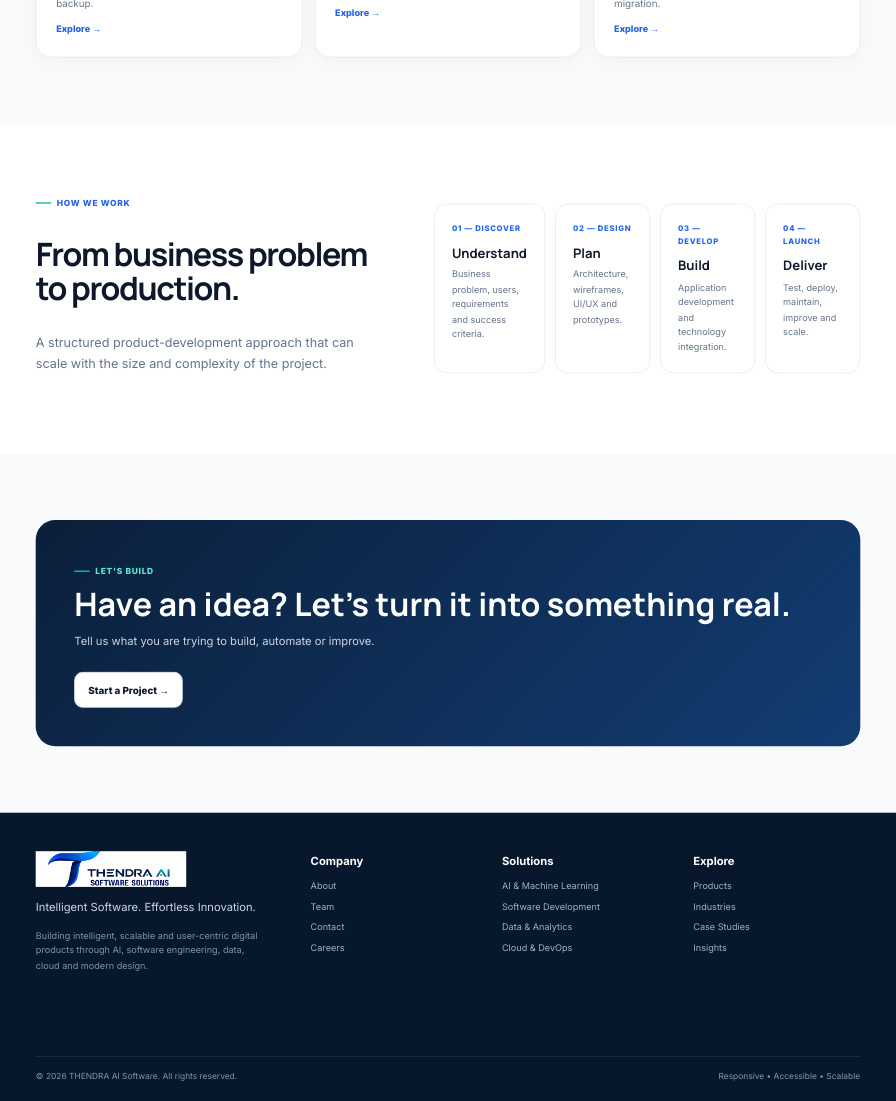
Repository: Soundar586/thendra-ai-website
Page: index.html
The author's editor kept a copy of each file at every save. The page is drawn from the files as they stood at one save, then again after the next save.
The browser window is 1280 px wide. The pictures show the part of the page from y = 2410 to 4330 px (the page is 3983 px tall before and 4330 px after), at 70% of full size.

Above is the page before, as saved 2026-09-10 22:28:16.

After the next save:
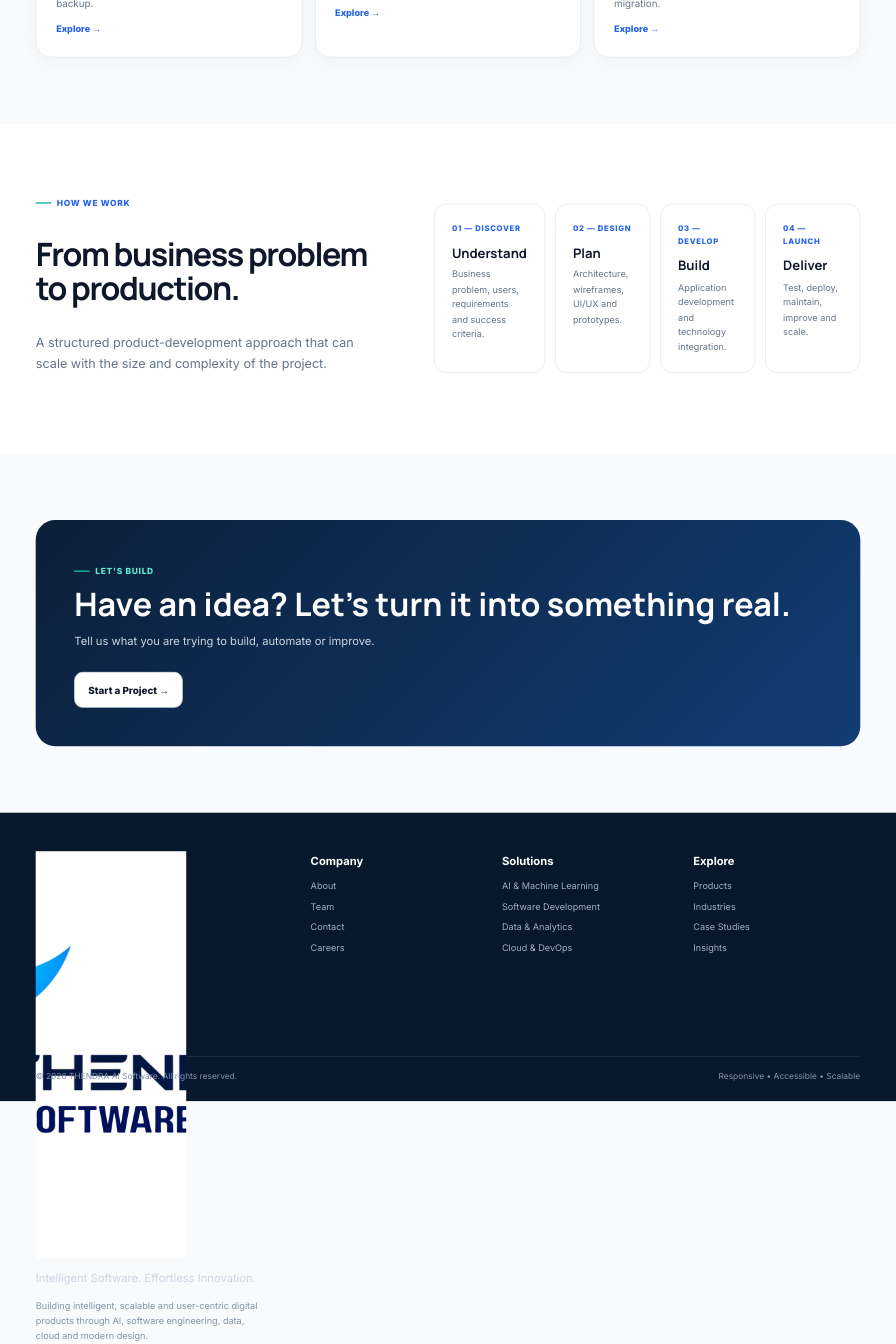
Saved 12 s later.
--- a/assets/style.css
+++ b/assets/style.css
@@ -659,7 +659,7 @@
   display:block;
   margin: bottom 150px;
    width: 60%;
-    height: 20%;
+    height: 225%;
     object-fit: cover;
     object-position: center;
 }
